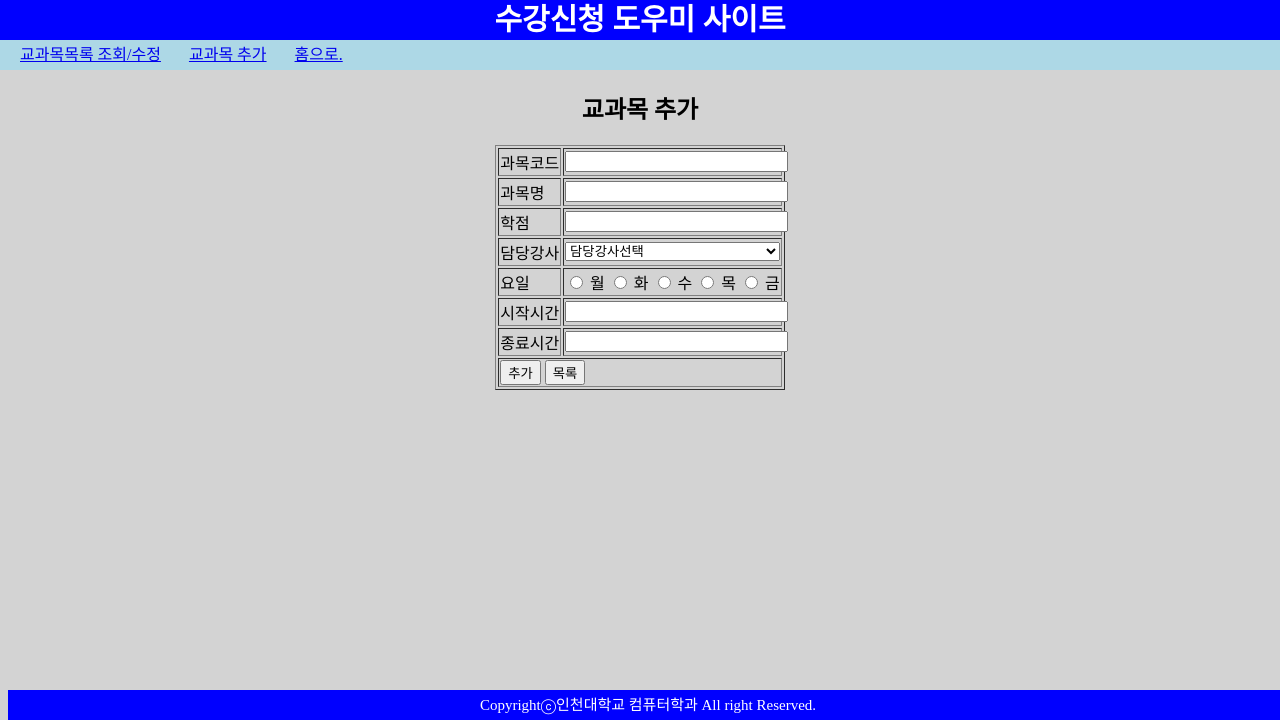
Repository: leesuyeon116/HRD_2
Page: http://localhost/HRD_0419/insert.jsp
The author's editor kept a copy of each file at every save. The page is drawn from the files as they stood at one save, then again after the next save.
The browser window is 1280 px wide. The pictures show the whole page.
The page is served by Tomcat 9. Other server files are loaded and not shown.

Above is the page before, as saved 2024-04-19 06:23:34.

### HRD_0419/src/main/webapp/insert.jsp
<%@ page language="java" contentType="text/html; charset=UTF-8"
    pageEncoding="UTF-8"%>
<!DOCTYPE html>
<html>
<head>
<meta charset="UTF-8">
<title>insert</title>
</head>
<body>
	<jsp:include page="header.jsp"></jsp:include>
    <section style="position: fixed; top: 70px; left: 0px; width: 100%; height: 100%; background-color: lightgray">
    	<h2 style="text-align: center;"><b>교과목 추가</b></h2>
		<form method="post" action="action.jsp" name="frm" style="display: flex; align-items: center; justify-content: center">
			<table border="1">
				<tr>
					<td>과목코드</td>
					<td><input type="text" name="id" style="width: 100%"></td>
				</tr>

				<tr>
					<td>과목명</td>
					<td><input type="text" name="name" style="width: 100%"></td>
				</tr>

				<tr>
					<td>학점</td>
					<td><input type="text" name="credit" style="width: 100%"></td>
				</tr>

				<tr>
					<td>담당강사</td>
					<td>
					<select name="lecturer" style="width: 100%">
						<option value="">담당강사선택</option>
						<option value="1">김교수</option>
						<option value="2">이교수</option>
						<option value="3">박교수</option>
						<option value="4">우교수</option>
						<option value="5">최교수</option>
						<option value="6">임교수</option>
					</select>
					</td>
				</tr>

				<tr>
					<td>요일</td>
					<td>
					<input type="radio" name="week" value="1"> 월
					<input type="radio" name="week" value="2"> 화
					<input type="radio" name="week" value="3"> 수
					<input type="radio" name="week" value="4"> 목
					<input type="radio" name="week" value="5"> 금
					</td>
				</tr>

				<tr>
					<td>시작시간</td>
					<td><input type="text" name="start_hour" style="width: 100%"></td>
				</tr>

				<tr>
					<td>종료시간</td>
					<td><input type="text" name="end_hour" style="width: 100%"></td>
				</tr>
				<tr>
					<td colspan="2">
						<input type="button" value="추가" onclick="addCheck()">
						<input type="button" value="목록" onclick="search()">
					</td>
				</tr>
			</table>
		</form>
    </section>
	<jsp:include page="footer.jsp"></jsp:include>
</body>
</html>

### HRD_0419/src/main/webapp/header.jsp
<%@ page language="java" contentType="text/html; charset=UTF-8" pageEncoding="UTF-8"%>
<!DOCTYPE html>
<html>
<head>
    <meta charset="UTF-8">
    <title>header</title>
</head>
<body>
    <header style="position: fixed; top: 0px; left: 0px; width: 100%; height: 40px; line-height: 40px;
        background-color: blue; color: white; text-align: center; font-size: 30px">
        <b>수강신청 도우미 사이트</b>
    </header>

    <nav style="position: fixed; top: 40px; left: 0px; width: 100%; height: 30px; line-height: 30px;
        background-color: lightblue; color: white; padding-left: 20px">
        <a href="list.jsp">교과목목록 조회/수정</a> &nbsp; &nbsp; &nbsp;
        <a href="insert.jsp">교과목 추가</a> &nbsp; &nbsp; &nbsp;
        <a href="index.jsp">홈으로.</a> &nbsp; &nbsp; &nbsp;
    </nav>
</body>
</html>

### HRD_0419/src/main/webapp/footer.jsp
<%@ page language="java" contentType="text/html; charset=UTF-8" pageEncoding="UTF-8"%>
<!DOCTYPE html>
<html>
<head>
    <meta charset="UTF-8">
    <title>footer</title>
</head>
<body>
    <footer style="position: fixed; bottom: 0px; width: 100%; height: 30px; background-color: blue; color: white;
        text-align: center; line-height: 30px; font-size: 15px;">
        Copyrightⓒ인천대학교 컴퓨터학과 All right Reserved.
    </footer>
</body>
</html>

After the next save:
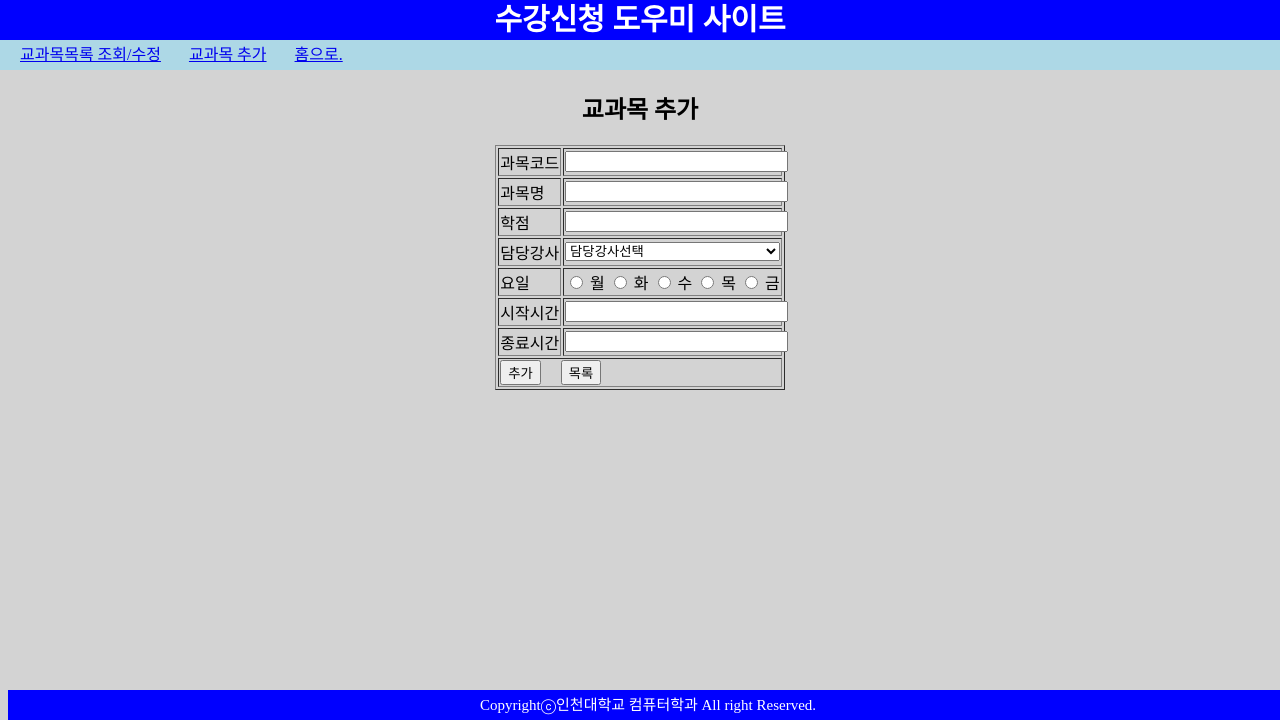
Saved 49 s later.
--- a/HRD_0419/src/main/webapp/insert.jsp
+++ b/HRD_0419/src/main/webapp/insert.jsp
@@ -64,8 +64,8 @@
 				</tr>
 				<tr>
 					<td colspan="2">
-						<input type="button" value="추가" onclick="addCheck()">
-						<input type="button" value="목록" onclick="search()">
+						<input type="button" value="추가" onclick="addCheck()"> &nbsp; &nbsp;
+						<input type="button" value="목록" onclick="search()"> &nbsp; &nbsp;
 					</td>
 				</tr>
 			</table>
